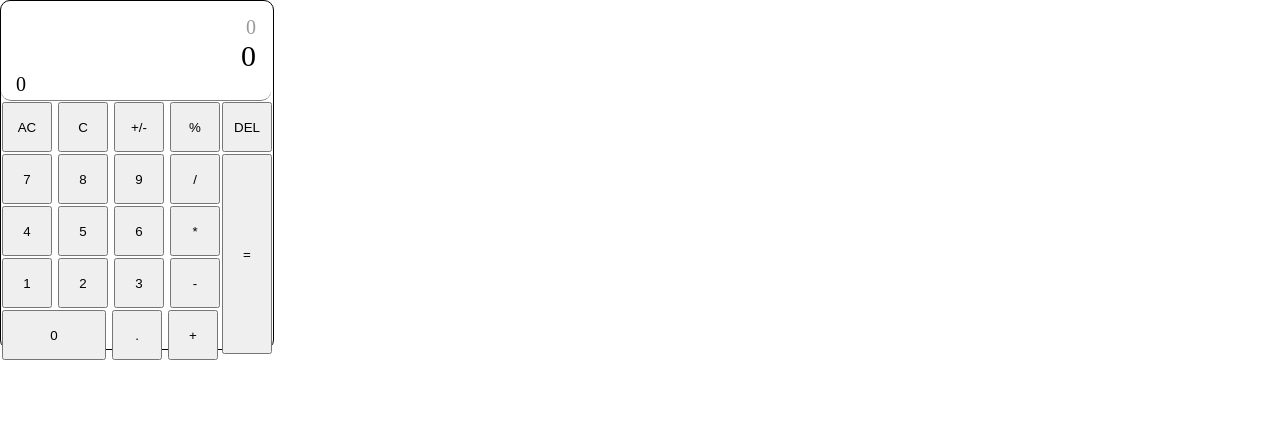
Repository: baziz22/Vanilla_JS_Projects
Page: claculator/index.html
The author's editor kept a copy of each file at every save. The page is drawn from the files as they stood at one save, then again after the next save.
The browser window is 1280 px wide. The pictures show the whole page.

Above is the page before, as saved 2022-03-02 03:13:07.
Console error: SyntaxError: Malformed arrow function parameter list

### claculator/index.html
<!DOCTYPE html>
<html lang="en">
  <head>
    <meta charset="UTF-8" />
    <meta http-equiv="X-UA-Compatible" content="IE=edge" />
    <meta name="viewport" content="width=device-width, initial-scale=1.0" />
    <link rel="stylesheet" href="style.css" />
    <script src="script.js" defer></script>
    <title>Calculator</title>
  </head>
  <body>
    <div class="container">
      <div class="wrapper">
        <div id="display">
          <div id="equation">0</div>
          <div id="total">0</div>
          <div id="temp-result">0</div>
        </div>
        <div id="buttons">
          <div id="left-side">
            <button class="btn" all-clear>AC</button>
          <button class="btn" last-entity-clear>C</button>
          <button class="btn" operation>+/-</button>
          <button class="btn" operation>%</button>
          <button class="btn" number>7</button>
          <button class="btn" number>8</button>
          <button class="btn" number>9</button>
          <button class="btn" operation>/</button>
          <button class="btn" number>4</button>
          <button class="btn" number>5</button>
          <button class="btn" number>6</button>
          <button classs="btn" operation>*</button>
          <button class="btn" number>1</button>
          <button class="btn" number>2</button>
          <button class="btn" number>3</button>
          <button class="btn" operation">-</button>
          <button class="btn" number id="btn-0">0</button>
          <button class="btn" number dot>.</button>
          <button class="btn" operation>+</button>
          </div>

          <div id="right-side">
            <button class="btn" operation>DEL</button>
            <button class="btn" equal id="equals">=</button>
          </div>












        </div>
      </div>
    </div>
  </body>
</html>

### claculator/style.css
* {
  margin: 0;
  padding: 0;
  box-sizing: border-box;
}
.wrapper {
  border: 1px solid black;
  border-radius: 10px;
  width: 274px;
  height: 350px;
}
#buttons {
  display: flex;
}
button {
  margin: 1px;
  padding: 0;
  width: 50px;
  height: 50px;
}
#equals {
  height: 200px;
}
#btn-0 {
  width: 104px;
}
#display {
  padding: 15px;
  width: 270px;
  height: 100px;
  text-align: right;
  border-bottom: 1px solid gray;
  border-radius: 10px;
}
#equation {
  opacity: 0.4;
  font-size: 20px;
  /* overflow: hidden; */
}
#total {
  font-size: 30px;
}
#temp-result {
  font-size: 20px;
  text-align: left;
}

### claculator/script.js
const output = document.getElementById('output');
const total = document.getElementById('total');
const reset = document.getElementById('ac');
const btn = document.querySelectorAll('.btn');
const operants = ['=', '+', '-', '*', '/'];
const equalOperation = '=';
function clear() {}
function digitDelete() {}
const operantValue = function (arg, operant) {
  let theOperant = '';
  //console.log('args: ', arg);
  operant.forEach((element, i) => {
    //console.log(i + '. ' + element);
    //console.log('opernat: ', operant);
    if (operant[i] === arg[0]) {
      console.log('this is the operant', operant[i]);
      theOperant = operant[i];
    }
  });
  return theOperant;
};

function appendNumber(d) {
  let digits = [];
  let saveOperants = [];
  let saveDigits = [];
  let outputContents = '';
  console.log('print: ', d);
  if (d.value !== equalOperation) {
    digits.push(d.value);
    let g = operantValue(digits, operants);
    console.log('g: ', g);
    //console.log('digits: ', digits);
    output.innerHTML += digits;
    if (d.value !== g) {
      outputContents += output.textContent;
      console.log(outputContents);
      //saveOutputDigit = outputContents;
      //console.log('s: ',saveOutputDigit);
      out = outputContents.concat();
      console.log('out: ', out);
    }
    if (d.value === g) {
      outputContents = '';
      //saveOutputDigit = '';
      saveOperants.push(g);
      saveDigits.push(Number(out));
      console.log('2. OutputContents: ', out);
      console.log('saveDigits: ', saveDigits);
      //reset outputContent\
      console.log('saveOperants: ', saveOperants);
      //operantValue(digits, operants);
    }
  } else {
    compute();
  }
}
function chooseOperation(operation) {}
function compute() {
  console.log('Final Result');
}
function updateDisplay() {}
let out = '';
let saveOutputDigit = '';


  btn.forEach(element => {
    element.addEventListener('click', appendNumber(element) => {element.value});
  });

After the next save:
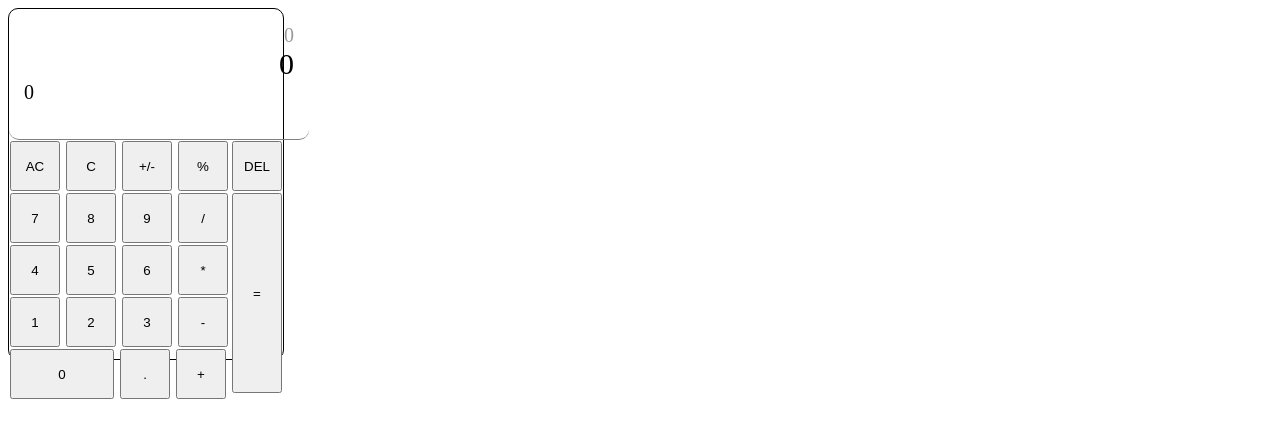
Saved 51 s later.
--- a/claculator/style.css
+++ b/claculator/style.css
@@ -1,8 +1,3 @@
-* {
-  margin: 0;
-  padding: 0;
-  box-sizing: border-box;
-}
 .wrapper {
   border: 1px solid black;
   border-radius: 10px;
